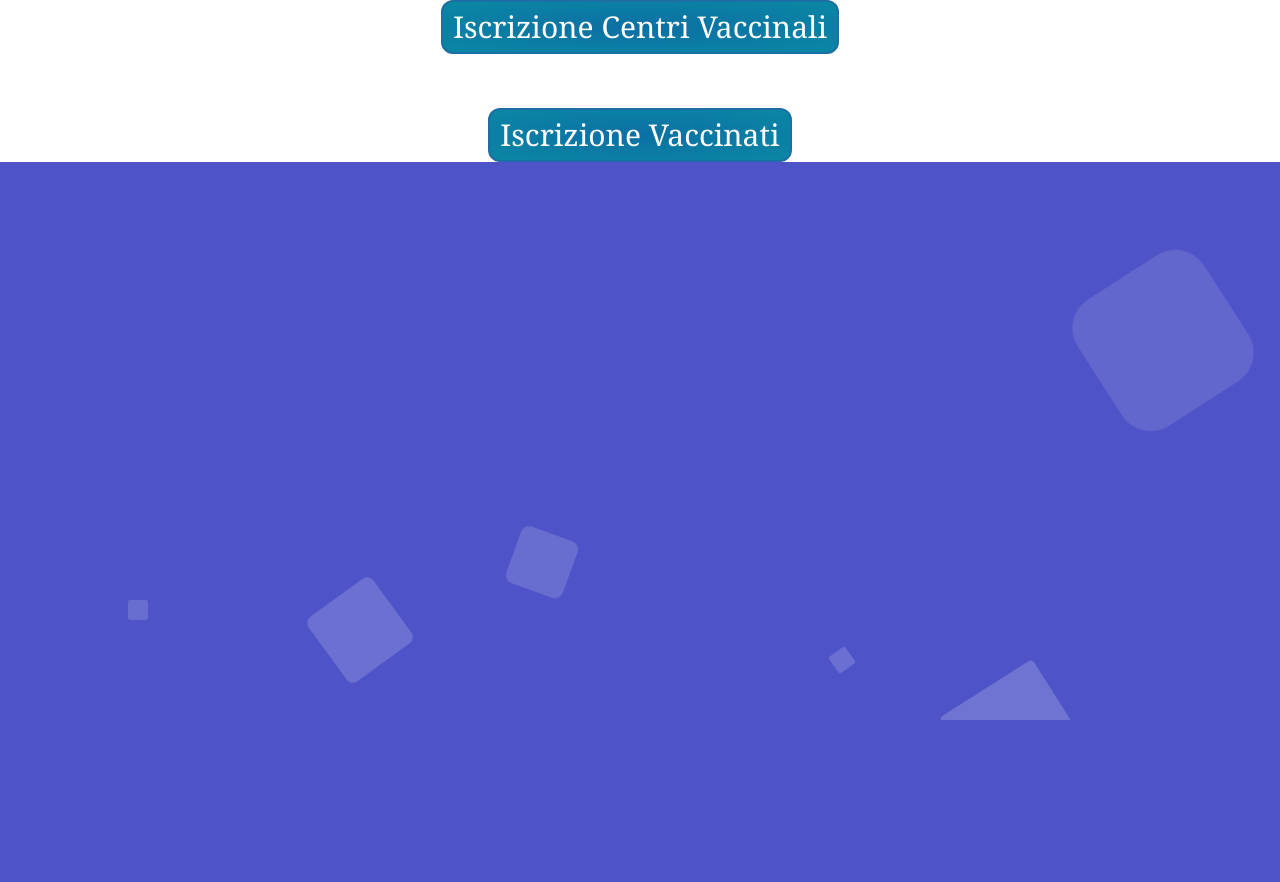
Repository: Jok98/CentriVaccinaliWebApp
Page: http://localhost/CentriVaccinaliOperatori/
These files come from the project's save history. The page is drawn as it stood at one moment and after the next save; the edit follows.
The browser window is 1280 px wide. The pictures show the whole page.
Some web fonts or font styles are not loaded; a fallback is used. The page is served by Tomcat 9.

Above is the page before, as saved 2022-09-24 13:59:51.

### CentriVaccinaliOperatori/src/main/webapp/index.jsp
<%@ page language="java" contentType="text/html; charset=ISO-8859-1"
	pageEncoding="ISO-8859-1"%>
<!DOCTYPE html>
<html>
<head>
<meta charset="ISO-8859-1">
<link rel="stylesheet" href="operatori.css">
<link rel="stylesheet" href="background.css">
<title>Operatori Centri Vaccinali</title>
</head>
<body>
	<div  align=center>
		<form action="http://programminghead.com">
			<input class="button" class="context" type="submit"
				value="Iscrizione Centri Vaccinali">
		</form>
		<br> <br> <br>
			<button id="myButton" class="button">Iscrizione Vaccinati</button>

	</div>


	<div class="area">
		<ul class="circles">
			<li></li>
			<li></li>
			<li></li>
			<li></li>
			<li></li>
			<li></li>
			<li></li>
			<li></li>
			<li></li>
			<li></li>
		</ul>
	</div>

</body>
		<script type="text/javascript">
			document.getElementById("myButton").onclick = function() {
				location.href = "iscrizionecentrovax.jsp";
			};
		</script>
</html>

### CentriVaccinaliOperatori/src/main/webapp/operatori.css
@charset "ISO-8859-1";

/* bottoni */
.button {
color: rgb(255, 255, 255);
font-size: 30px; line-height: 30px;
padding: 10px;
border-radius: 12px;
font-family: Georgia, serif;
font-weight: normal;
text-decoration: none;
font-style: normal;
font-variant: normal;
text-transform: none;
background-image: radial-gradient(at center center, rgb(12, 111, 164) 0%, rgb(10, 136, 164) 100%, rgb(12, 111, 164) 100%);
box-shadow: rgba(0, 0, 0, 0) 81px -57px 0px 0px;
border: 2px solid rgb(28, 110, 164);
display: inline-block;}
.button:hover {
background: #80c3ff; }
.button:active {
background: #1ca4ff; }

### CentriVaccinaliOperatori/src/main/webapp/background.css
@charset "ISO-8859-1";
@import url('https://fonts.googleapis.com/css?family=Exo:400,700');

*{
    margin: 0px;
    padding: 0px;
}

body{
    font-family: 'Exo', sans-serif;
}


.context {
    width: 100%;
    position: absolute;
    top:50vh;

}

.context h1{
    text-align: center;
    color: #fff;
    font-size: 50px;
}


.area{
    background: #4e54c8;
    background: -webkit-linear-gradient(to left, #8f94fb, #4e54c8);
    width: 100%;
    height:100vh;


}

.circles{
    position: absolute;
    top: 0;
    left: 0;
    width: 100%;
    height: 100%;
    overflow: hidden;
}

.circles li{
    position: absolute;
    display: block;
    list-style: none;
    width: 20px;
    height: 20px;
    background: rgba(255, 255, 255, 0.2);
    animation: animate 25s linear infinite;
    bottom: -150px;

}

.circles li:nth-child(1){
    left: 25%;
    width: 80px;
    height: 80px;
    animation-delay: 0s;
}


.circles li:nth-child(2){
    left: 10%;
    width: 20px;
    height: 20px;
    animation-delay: 2s;
    animation-duration: 12s;
}

.circles li:nth-child(3){
    left: 70%;
    width: 20px;
    height: 20px;
    animation-delay: 4s;
}

.circles li:nth-child(4){
    left: 40%;
    width: 60px;
    height: 60px;
    animation-delay: 0s;
    animation-duration: 18s;
}

.circles li:nth-child(5){
    left: 65%;
    width: 20px;
    height: 20px;
    animation-delay: 0s;
}

.circles li:nth-child(6){
    left: 75%;
    width: 110px;
    height: 110px;
    animation-delay: 3s;
}

.circles li:nth-child(7){
    left: 35%;
    width: 150px;
    height: 150px;
    animation-delay: 7s;
}

.circles li:nth-child(8){
    left: 50%;
    width: 25px;
    height: 25px;
    animation-delay: 15s;
    animation-duration: 45s;
}

.circles li:nth-child(9){
    left: 20%;
    width: 15px;
    height: 15px;
    animation-delay: 2s;
    animation-duration: 35s;
}

.circles li:nth-child(10){
    left: 85%;
    width: 150px;
    height: 150px;
    animation-delay: 0s;
    animation-duration: 11s;
}



@keyframes animate {

    0%{
        transform: translateY(0) rotate(0deg);
        opacity: 1;
        border-radius: 0;
    }

    100%{
        transform: translateY(-1000px) rotate(720deg);
        opacity: 0;
        border-radius: 50%;
    }

}

After the next save:
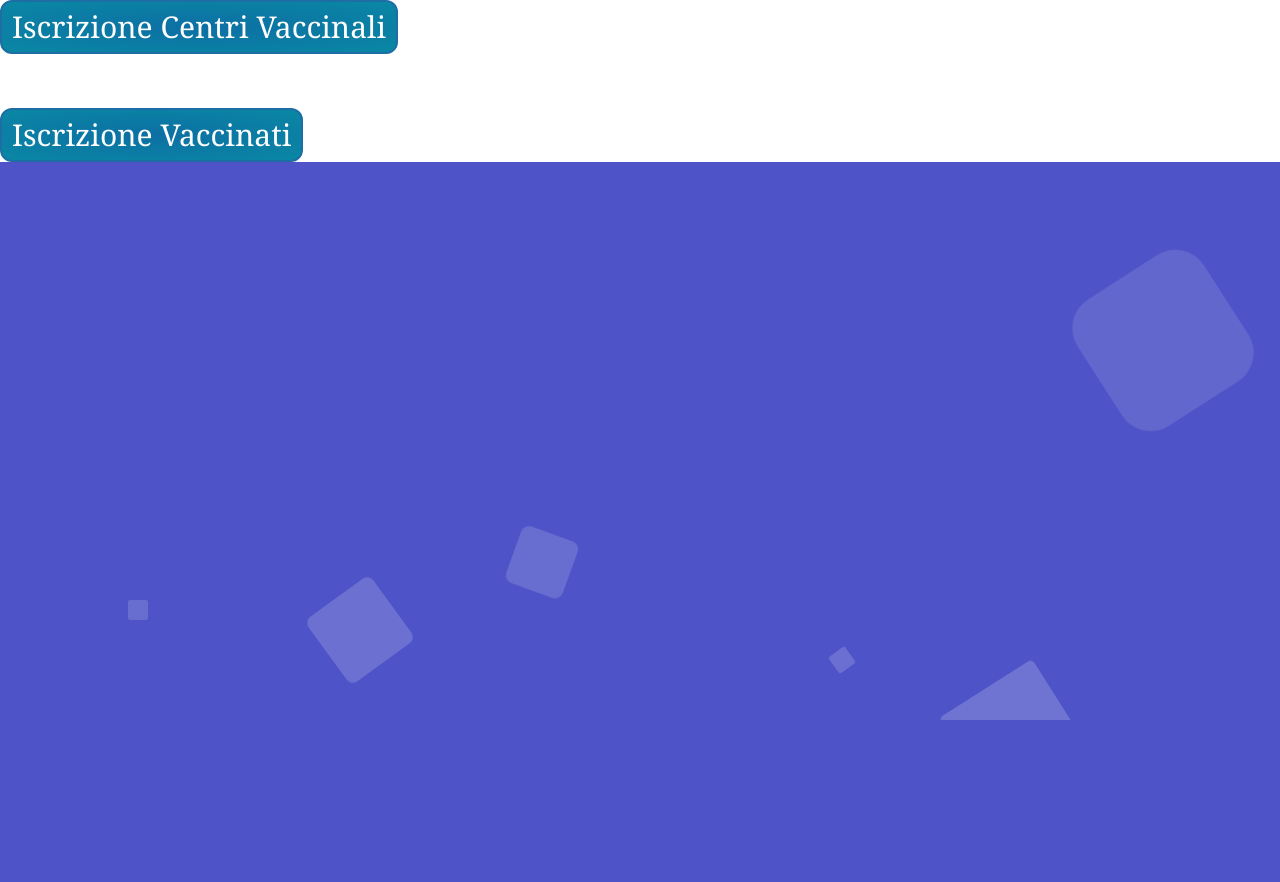
Saved 15 s later.
--- a/CentriVaccinaliOperatori/src/main/webapp/index.jsp
+++ b/CentriVaccinaliOperatori/src/main/webapp/index.jsp
@@ -9,7 +9,7 @@
 <title>Operatori Centri Vaccinali</title>
 </head>
 <body>
-	<div  align=center>
+
 		<form action="http://programminghead.com">
 			<input class="button" class="context" type="submit"
 				value="Iscrizione Centri Vaccinali">
@@ -17,7 +17,7 @@
 		<br> <br> <br>
 			<button id="myButton" class="button">Iscrizione Vaccinati</button>
 
-	</div>
+
 
 
 	<div class="area">
